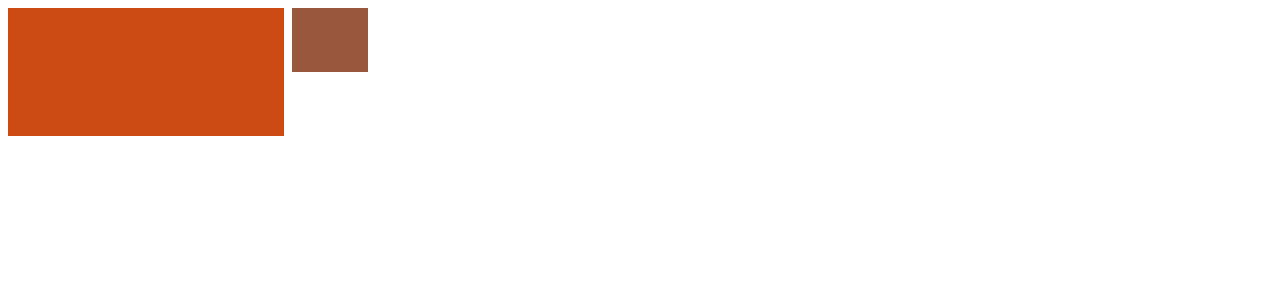
Repository: Valera1994/WebTestProject
Page: Setka/index.html
An editor plug-in stored every save of this project. The page is shown before and after the next save, followed by the edit.
The browser window is 1280 px wide. The pictures show the whole page.

Above is the page before, as saved 2025-07-28 23:26:00.

After the next save:
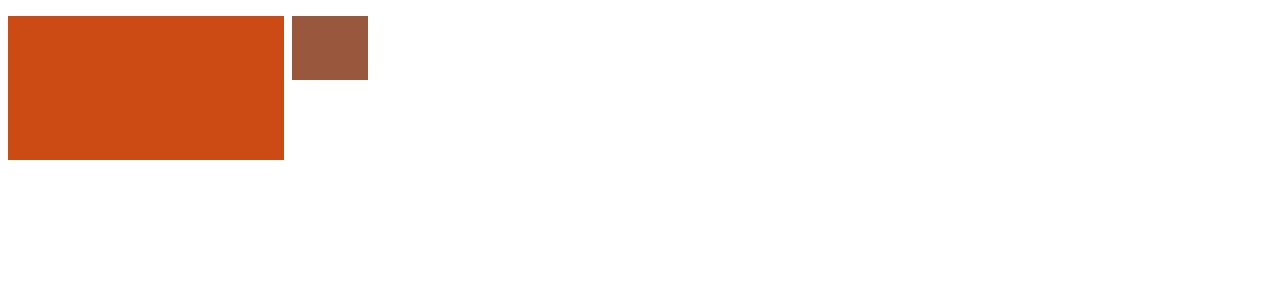
Saved 19 s later.
--- a/Setka/style.css
+++ b/Setka/style.css
@@ -6,15 +6,13 @@
 }
 
 .block1{
+    margin: 8px 0;
     padding: 32px;
     background-color: rgba(204, 74, 20, 1);
-    text-align: center;
-    content: " ";
 }
 
 .block2{
+    margin: 8px 0;
     padding: 32px;
     background-color: rgba(153, 88, 61, 1);
-    text-align: center;
-    content: " ";
 }
